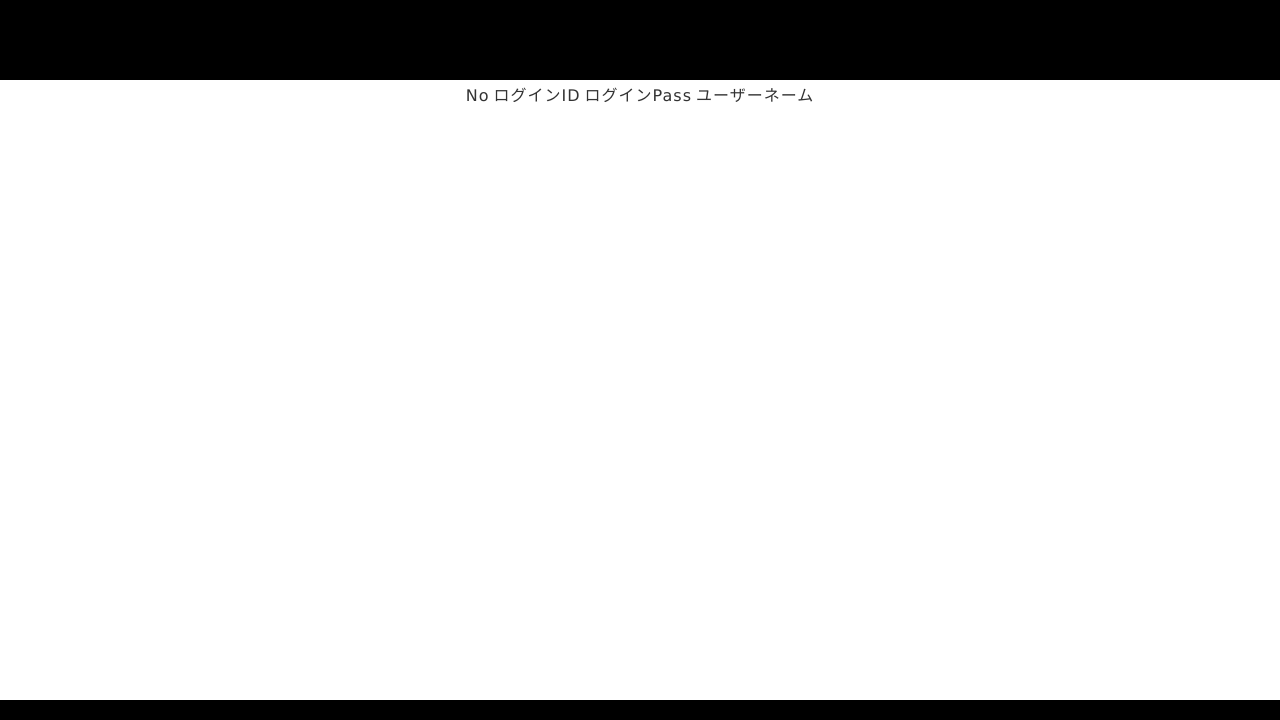
Repository: kousuke-2047/test
Page: http://localhost/ecsite/userDelete.jsp
An editor plug-in stored every save of this project. The page is shown before and after the next save, followed by the edit.
The browser window is 1280 px wide. The pictures show the whole page.
The page is served by Tomcat 9. Other server files are loaded and not shown.

Above is the page before, as saved 2018-06-12 04:16:15.

### ecsite/WebContent/userDelete.jsp
<%@ page language="java" contentType="text/html; charset=UTF-8"
    pageEncoding="UTF-8"%>
<%@ taglib prefix ="s" uri="/struts-tags" %>
<!DOCTYPE html PUBLIC "-//W3C//DTD HTML 4.01 Transitional//EN" "http://www.w3.org/TR/html4/loose.dtd">
<html>
<head>
	<meta http-equiv="Content-Type" content="text/html; charset=UTF-8">
	<meta http-equiv="Content-Style-Type" content="text/css"/>
	<meta http-equiv="Content-Script-Type" content= "text/javascript" />
	<meta http-equiv="imagetoolbar" content= "no" />
	<meta name = "description" content="" />
	<meta name="keywords" content="" />
<title>ユーザー削除画面</title>
<style type = "text/css">
	body{
	margin:0;
	padding:0;
	line-height:1.6;
	letter-spacing:1px;
	font-family:Verdana,Helvetica,sans-serif;
	color:#333;
	background:#fff;
	}
	table{
	text-align:center;
	margin:0 auto;
	}
	#top{
	width:780px;
	margin:30px auto;
	border:1px solid #333;
	}
	#header{
	width:100%;
	height:80px;
	background-color:black;
	}
	#main{
	width:100%;
	height:500px;
	text-align:center;
	}
	#footer{
	width:100%;
	height:20px;
	background-color:black;
	position:fixed;
	bottom:0px;

	}
	#text-right{
	display:inline-block;
	text-align:right;
	}
</style>
</head>
<body>

	<div id = "header">
	</div>

	<div id = "main">


		<s:form action = "UserDeleteCAction">
			<table>
				<tr>
					<td>No</td>
					<td>ログインID</td>
					<td>ログインPass</td>
					<td>ユーザーネーム</td>
				</tr>
					<s:iterator value = "userList">
				<tr>
					<td><s:property value = "id"/></td>
					<td><s:property value = "login_id"/></td>
					<td><s:property value = "login_pass"/></td>
					<td><s:property value = "user_name"/></td>
				</tr>
					</s:iterator>
			</table>
		</s:form>
	</div>

	<div id = "footer">
	</div>




</body>
</html>

After the next save:
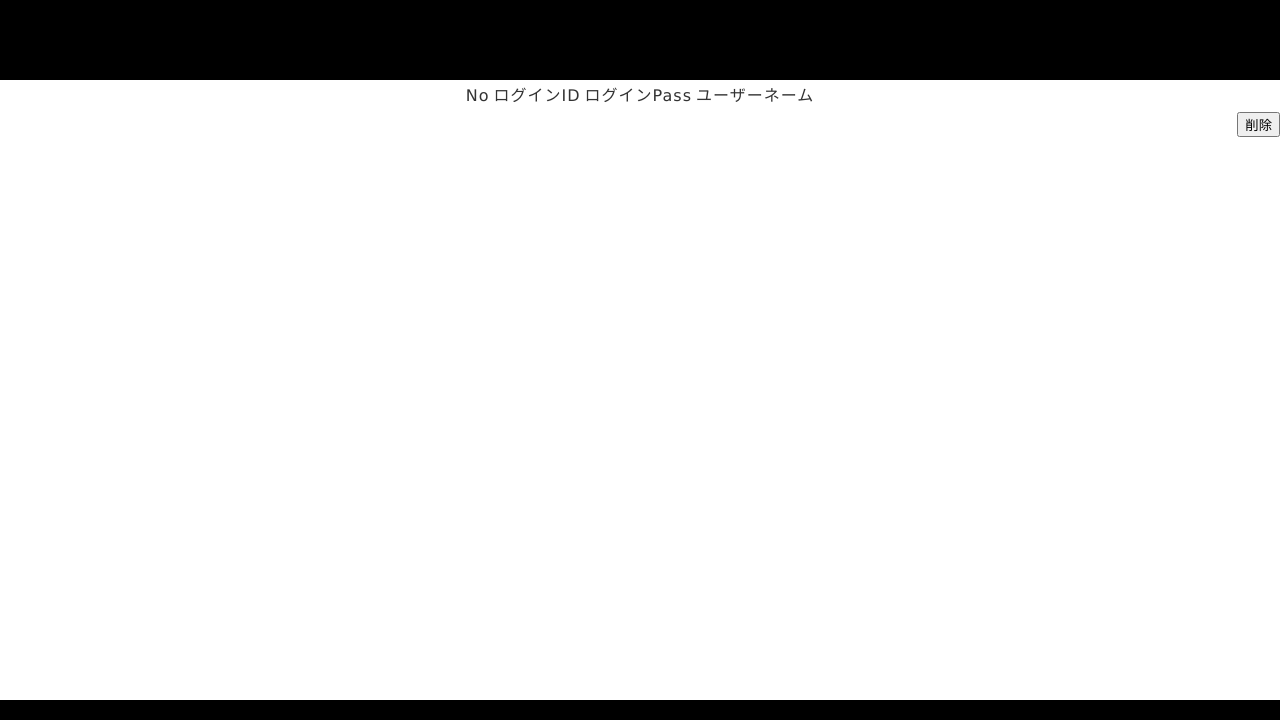
Saved 4 min 30 s later.
--- a/ecsite/WebContent/userDelete.jsp
+++ b/ecsite/WebContent/userDelete.jsp
@@ -72,13 +72,15 @@
 				</tr>
 					<s:iterator value = "userList">
 				<tr>
-					<td><s:property value = "id"/></td>
+					<td><input type ="checkbox" name="deleteu" value ="<s:property value ='id'/>"/>
+					<s:property value = "id"/></td>
 					<td><s:property value = "login_id"/></td>
 					<td><s:property value = "login_pass"/></td>
 					<td><s:property value = "user_name"/></td>
 				</tr>
 					</s:iterator>
 			</table>
+			<s:submit value ="削除"/>
 		</s:form>
 	</div>
 
